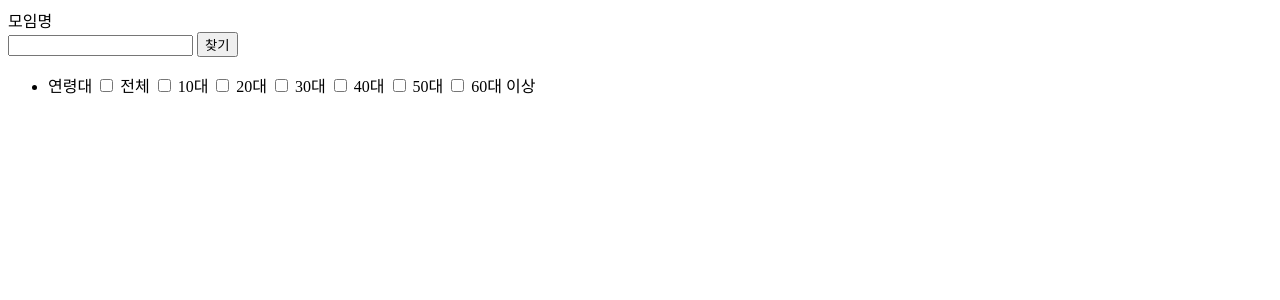
Repository: onpul/TEAM1
Page: http://localhost/Riding/mj/RidingList.jsp
These files come from the project's save history. The page is drawn as it stood at one moment and after the next save; the edit follows.
The browser window is 1280 px wide. The pictures show the whole page.
The page is served by Tomcat 9.

Above is the page before, as saved 2022-06-04 10:26:31.

After the next save:
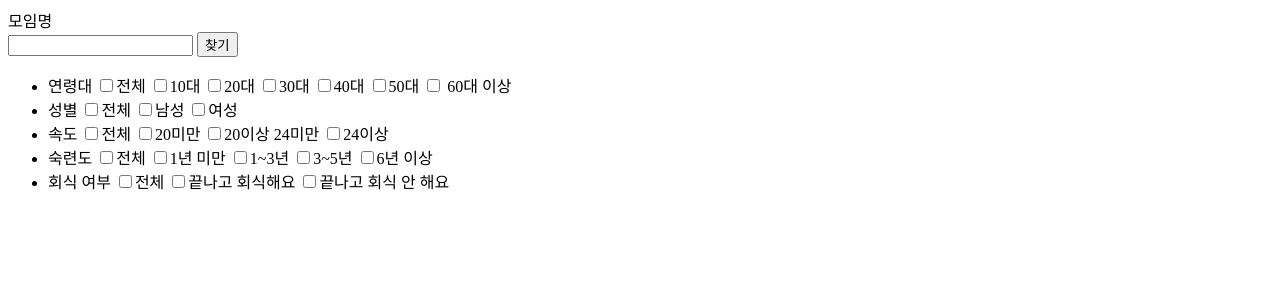
Saved 4 min 35 s later.
--- a/Riding/WebContent/mj/RidingList.jsp
+++ b/Riding/WebContent/mj/RidingList.jsp
@@ -18,15 +18,38 @@
 <div>
 	<ul>
 		<li> 연령대
-		<label><input type="checkbox" name="age" value="전체"> 전체</label>
-		<label><input type="checkbox" name="age" value="10대"> 10대</label>
-		<label><input type="checkbox" name="age" value="20대"> 20대</label>
-		<label><input type="checkbox" name="age" value="30대"> 30대</label>
-		<label><input type="checkbox" name="age" value="40대"> 40대</label>
-		<label><input type="checkbox" name="age" value="50대"> 50대</label>
+		<label><input type="checkbox" name="age" value="전체">전체</label>
+		<label><input type="checkbox" name="age" value="10대">10대</label>
+		<label><input type="checkbox" name="age" value="20대">20대</label>
+		<label><input type="checkbox" name="age" value="30대">30대</label>
+		<label><input type="checkbox" name="age" value="40대">40대</label>
+		<label><input type="checkbox" name="age" value="50대">50대</label>
 		<label><input type="checkbox" name="age" value="60대 이상"> 60대 이상</label>
 		</li>
+		<li> 성별
+		<label><input type="checkbox" name="gender" value="전체"/>전체</label>
+		<label><input type="checkbox" name="gender" value="남성"/>남성</label>
+		<label><input type="checkbox" name="gender" value="여성"/>여성</label>
+		</li>
+		<li> 속도
+		<label><input type="checkbox" name="speed" value="전체"/>전체</label>
+		<label><input type="checkbox" name="speed" value="20미만"/>20미만</label>
+		<label><input type="checkbox" name="speed" value="20이상 24미만"/>20이상 24미만</label>
+		<label><input type="checkbox" name="speed" value="24이상"/>24이상</label>
+		</li>
+		<li> 숙련도
+		<label><input type="checkbox" name="step" value="전체"/>전체</label>
+		<label><input type="checkbox" name="step" value="1년 미만"/>1년 미만</label>
+		<label><input type="checkbox" name="step" value="1~3년"/>1~3년</label>
+		<label><input type="checkbox" name="step" value="3~5년"/>3~5년</label>
+		<label><input type="checkbox" name="step" value="6년 이상"/>6년 이상</label>
+		</li>
+		<li> 회식 여부
+		<label><input type="checkbox" name="dinning" value="전체"/>전체</label>
+		<label><input type="checkbox" name="dinning" value="끝나고 회식해요"/>끝나고 회식해요</label>
+		<label><input type="checkbox" name="dinning" value="끝나고 회식 안 해요"/>끝나고 회식 안 해요</label>
 
+		</li>
 	</ul>
 </div>
 </body>
